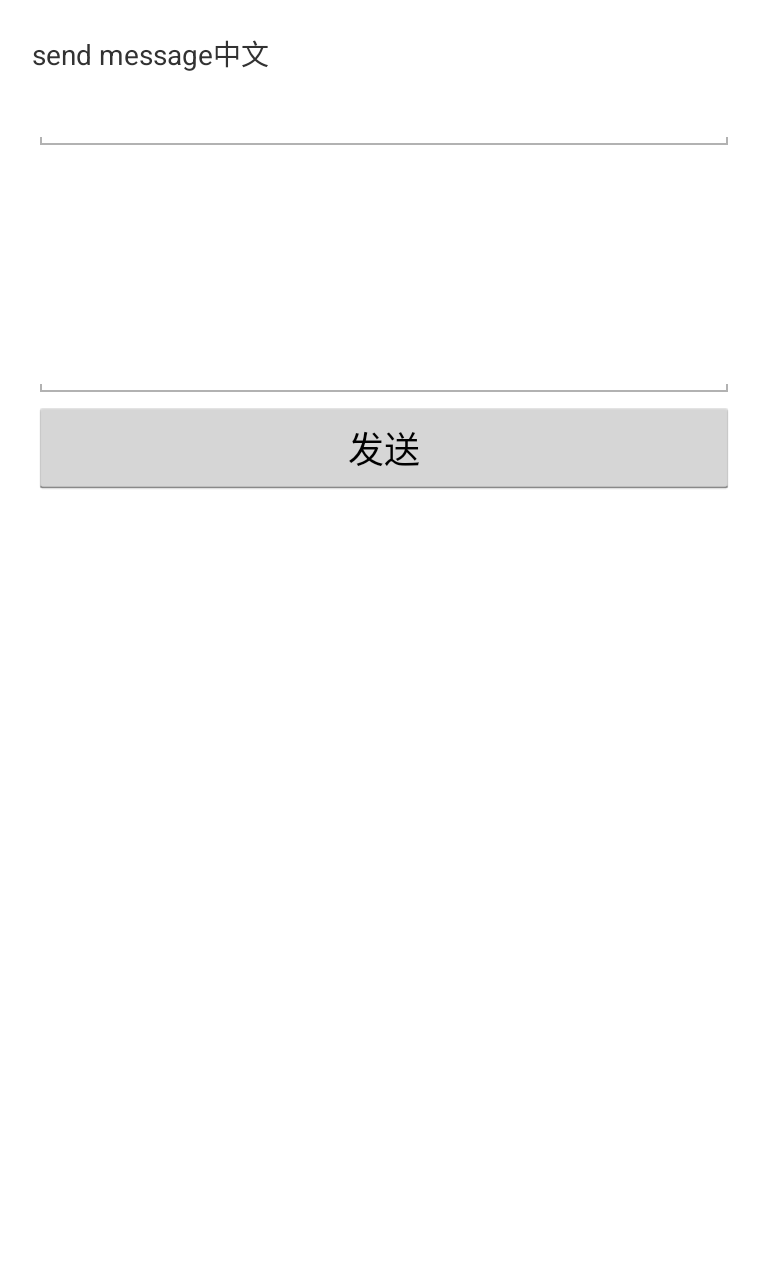
Repository: qwer2714856/Android_learn
Layout: message/res/layout/activity_main.xml
An editor plug-in stored every save of this project. The layout is shown before and after the next save, followed by the edit.
It is drawn on a 768 x 1280 px phone screen (xhdpi) without system bars, with theme AppTheme; the app's code is not run.

Above is the layout before, as saved 2015-09-24 11:55:41.

After the next save:
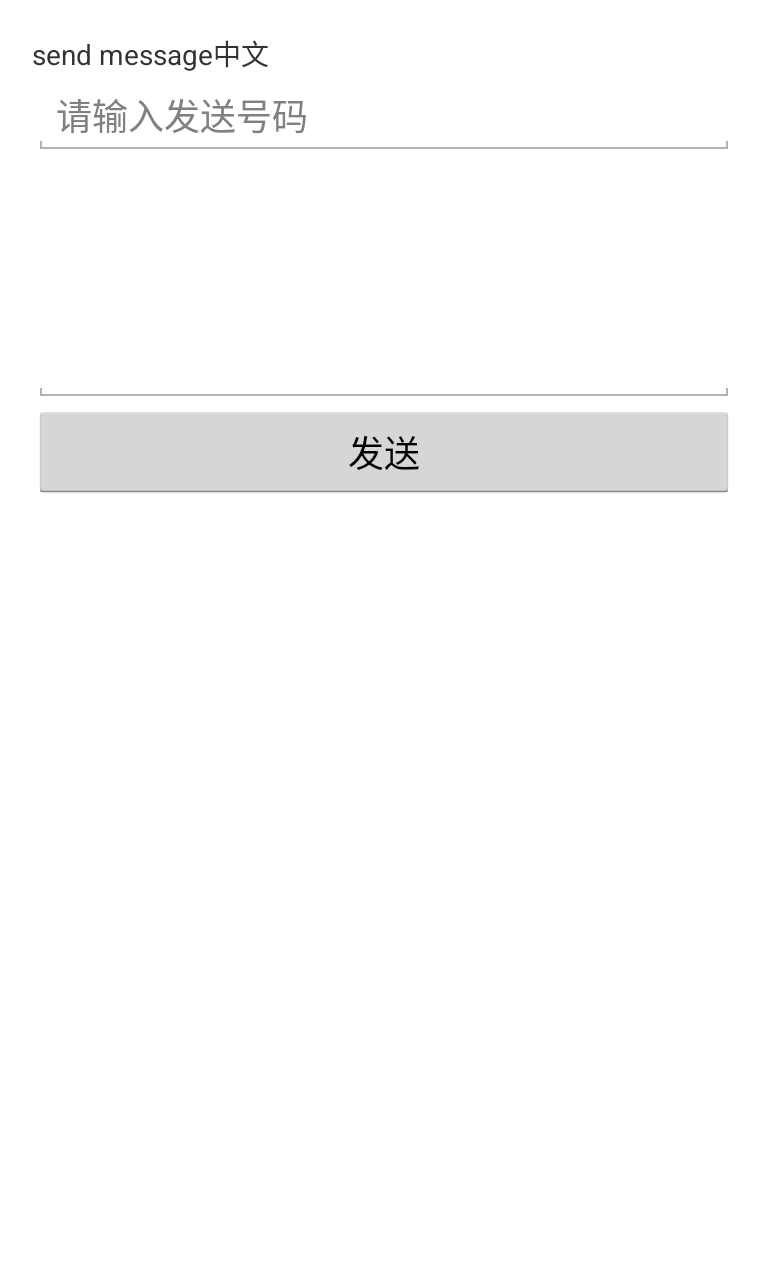
Saved 103 s later.
--- a/message/res/layout/activity_main.xml
+++ b/message/res/layout/activity_main.xml
@@ -11,11 +11,13 @@
     <TextView
         android:layout_width="wrap_content"
         android:layout_height="wrap_content"
-        android:text="@string/message" />
+        android:text="@string/message"
+        />
     <EditText
         android:layout_width="match_parent"
         android:layout_height="wrap_content"
         android:id="@+id/num"
+        android:hint="请输入发送号码"
         />
 
      <EditText
